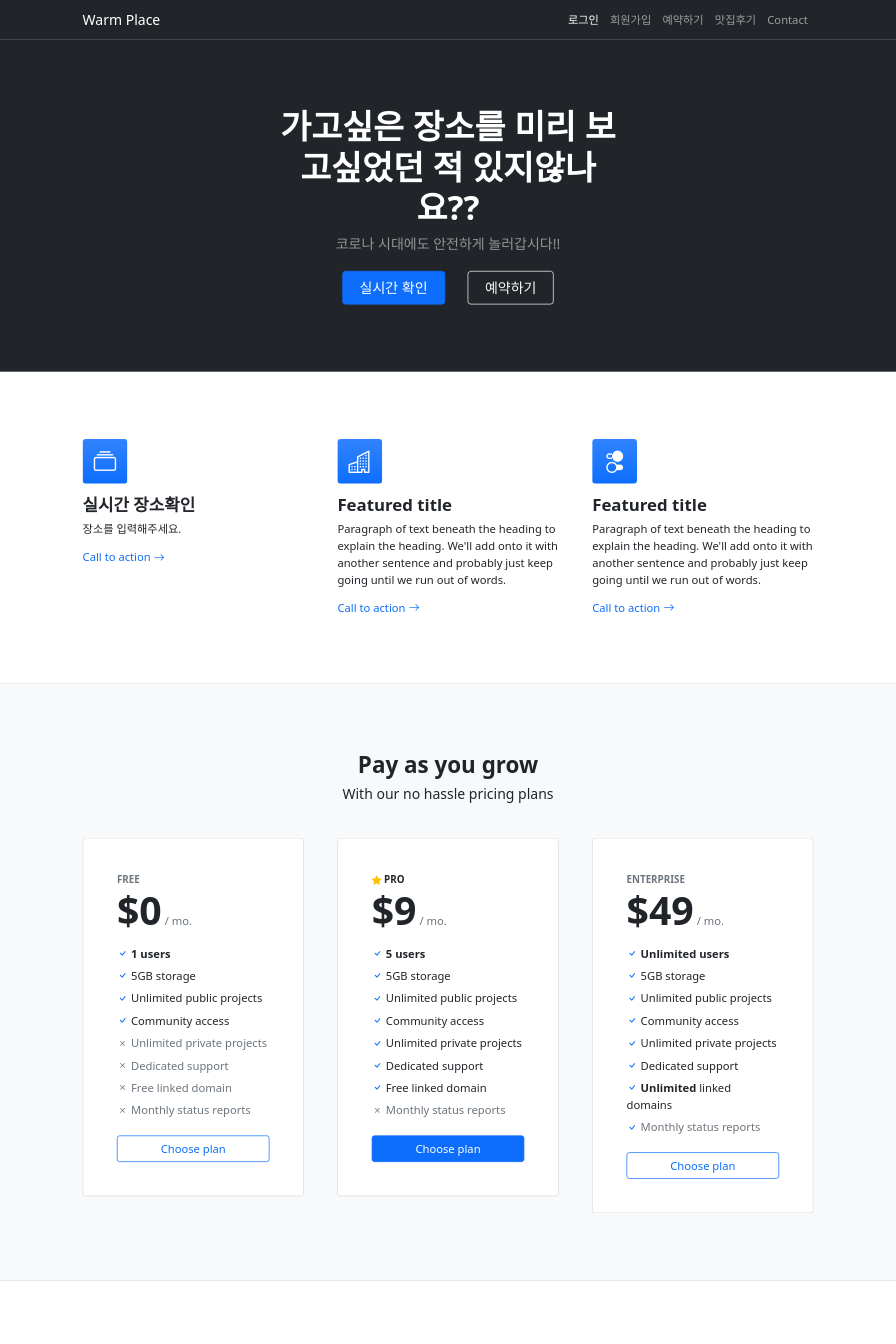
Repository: jaunnnngs/HackaTone
Page: http://localhost/StunProjects/St_Join/main.jsp
These files come from the project's save history. The page is drawn as it stood at one moment and after the next save; the edit follows.
The browser window is 1280 px wide. The pictures show the part of the page from y = 0 to 1920 px (the page is 3452 px tall), at 70% of full size.
Some web libraries are served in a nearby version. The page is served by Tomcat 9. Other server files are loaded and not shown.

Above is the page before, as saved 2021-07-25 07:42:43.

### STUN_TEAM/StunProjects/src/main/webapp/St_Join/main.jsp
<%@ page language="java" contentType="text/html; charset=UTF-8"
pageEncoding="UTF-8"%>
<!DOCTYPE html>
<html>
    <head>
        <meta charset="utf-8" />
        <meta name="viewport" content="width=device-width, initial-scale=1, shrink-to-fit=no" />
        <meta name="description" content="" />
        <meta name="author" content="" />
        <title>Warm Place_main</title>
        <!-- Favicon-->
        <link rel="icon" type="image/x-icon" href="assets/favicon.ico" />
        <!-- Bootstrap icons-->
        <link href="https://cdn.jsdelivr.net/npm/bootstrap-icons@1.4.1/font/bootstrap-icons.css" rel="stylesheet" />
        <!-- Core theme CSS (includes Bootstrap)-->
        <link href="css/styles.css" rel="stylesheet" />
    </head>
    <body>
        <!-- Responsive navbar-->
        <nav class="navbar navbar-expand-lg navbar-dark bg-dark">
            <div class="container px-5">
                <a class="navbar-brand" href="../St_Join/main.jsp">Warm Place</a>
                <button class="navbar-toggler" type="button" data-bs-toggle="collapse" data-bs-target="#navbarSupportedContent" aria-controls="navbarSupportedContent" aria-expanded="false" aria-label="Toggle navigation"><span class="navbar-toggler-icon"></span></button>
                <div class="collapse navbar-collapse" id="navbarSupportedContent">
                    <ul class="navbar-nav ms-auto mb-2 mb-lg-0">
                        <li class="nav-item"><a class="nav-link active" aria-current="page" href="../St_board/login.jsp">로그인</a></li>
                        <li class="nav-item"><a class="nav-link" href="../St_Join/st_userJoin.jsp">회원가입</a></li>
                        <li class="nav-item"><a class="nav-link" href="../St_Reservation/map.jsp">예약하기</a></li>
                        <li class="nav-item"><a class="nav-link" href="../St_board/bbs.jsp">맛집후기</a></li>
                        <li class="nav-item"><a class="nav-link" href="#!">Contact</a></li>
                    </ul>
                </div>
            </div>
        </nav>
        <!-- Header-->
        <header class="bg-dark py-5">
            <div class="container px-5">
                <div class="row gx-5 justify-content-center">
                    <div class="col-lg-6">
                        <div class="text-center my-5">
                            <h1 class="display-5 fw-bolder text-white mb-2">가고싶은 장소를 미리 보고싶었던 적 있지않나요??</h1>
                            <p class="lead text-white-50 mb-4">코로나 시대에도 안전하게 놀러갑시다!!</p>
                            <div class="d-grid gap-3 d-sm-flex justify-content-sm-center">
                                <a class="btn btn-primary btn-lg px-4 me-sm-3" href="#features">실시간 확인</a>
                                <a class="btn btn-outline-light btn-lg px-4" href="../St_Reservation/map.jsp">예약하기</a>
                            </div>
                        </div>
                    </div>
                </div>
            </div>
        </header>
        <!-- Features section-->
        <section class="py-5 border-bottom" id="features">
            <div class="container px-5 my-5">
                <div class="row gx-5">
                    <div class="col-lg-4 mb-5 mb-lg-0">
                        <div class="feature bg-primary bg-gradient text-white rounded-3 mb-3"><i class="bi bi-collection"></i></div>
                        <h2 class="h4 fw-bolder">실시간 장소확인</h2>
                        <p>장소를 입력해주세요.</p>
                        <a class="text-decoration-none" href="#!">
                            Call to action
                            <i class="bi bi-arrow-right"></i>
                        </a>
                    </div>
                    <div class="col-lg-4 mb-5 mb-lg-0">
                        <div class="feature bg-primary bg-gradient text-white rounded-3 mb-3"><i class="bi bi-building"></i></div>
                        <h2 class="h4 fw-bolder">Featured title</h2>
                        <p>Paragraph of text beneath the heading to explain the heading. We'll add onto it with another sentence and probably just keep going until we run out of words.</p>
                        <a class="text-decoration-none" href="#!">
                            Call to action
                            <i class="bi bi-arrow-right"></i>
                        </a>
                    </div>
                    <div class="col-lg-4">
                        <div class="feature bg-primary bg-gradient text-white rounded-3 mb-3"><i class="bi bi-toggles2"></i></div>
                        <h2 class="h4 fw-bolder">Featured title</h2>
                        <p>Paragraph of text beneath the heading to explain the heading. We'll add onto it with another sentence and probably just keep going until we run out of words.</p>
                        <a class="text-decoration-none" href="#!">
                            Call to action
                            <i class="bi bi-arrow-right"></i>
                        </a>
                    </div>
                </div>
            </div>
        </section>
        <!-- Pricing section-->
        <section class="bg-light py-5 border-bottom">
            <div class="container px-5 my-5">
                <div class="text-center mb-5">
                    <h2 class="fw-bolder">Pay as you grow</h2>
                    <p class="lead mb-0">With our no hassle pricing plans</p>
                </div>
                <div class="row gx-5 justify-content-center">
                    <!-- Pricing card free-->
                    <div class="col-lg-6 col-xl-4">
                        <div class="card mb-5 mb-xl-0">
                            <div class="card-body p-5">
                                <div class="small text-uppercase fw-bold text-muted">Free</div>
                                <div class="mb-3">
                                    <span class="display-4 fw-bold">$0</span>
                                    <span class="text-muted">/ mo.</span>
                                </div>
                                <ul class="list-unstyled mb-4">
                                    <li class="mb-2">
                                        <i class="bi bi-check text-primary"></i>
                                        <strong>1 users</strong>
                                    </li>
                                    <li class="mb-2">
                                        <i class="bi bi-check text-primary"></i>
                                        5GB storage
                                    </li>
                                    <li class="mb-2">
                                        <i class="bi bi-check text-primary"></i>
                                        Unlimited public projects
                                    </li>
                                    <li class="mb-2">
                                        <i class="bi bi-check text-primary"></i>
                                        Community access
                                    </li>
                                    <li class="mb-2 text-muted">
                                        <i class="bi bi-x"></i>
                                        Unlimited private projects
                                    </li>
                                    <li class="mb-2 text-muted">
                                        <i class="bi bi-x"></i>
                                        Dedicated support
                                    </li>
                                    <li class="mb-2 text-muted">
                                        <i class="bi bi-x"></i>
                                        Free linked domain
                                    </li>
                                    <li class="text-muted">
                                        <i class="bi bi-x"></i>
                                        Monthly status reports
                                    </li>
                                </ul>
                                <div class="d-grid"><a class="btn btn-outline-primary" href="#!">Choose plan</a></div>
                            </div>
                        </div>
                    </div>
                    <!-- Pricing card pro-->
                    <div class="col-lg-6 col-xl-4">
                        <div class="card mb-5 mb-xl-0">
                            <div class="card-body p-5">
                                <div class="small text-uppercase fw-bold">
                                    <i class="bi bi-star-fill text-warning"></i>
                                    Pro
                                </div>
                                <div class="mb-3">
                                    <span class="display-4 fw-bold">$9</span>
                                    <span class="text-muted">/ mo.</span>
                                </div>
                                <ul class="list-unstyled mb-4">
                                    <li class="mb-2">
                                        <i class="bi bi-check text-primary"></i>
                                        <strong>5 users</strong>
                                    </li>
                                    <li class="mb-2">
                                        <i class="bi bi-check text-primary"></i>
                                        5GB storage
                                    </li>
                                    <li class="mb-2">
                                        <i class="bi bi-check text-primary"></i>
                                        Unlimited public projects
                                    </li>
                                    <li class="mb-2">
                                        <i class="bi bi-check text-primary"></i>
                                        Community access
                                    </li>
                                    <li class="mb-2">
                                        <i class="bi bi-check text-primary"></i>
                                        Unlimited private projects
                                    </li>
                                    <li class="mb-2">
                                        <i class="bi bi-check text-primary"></i>
                                        Dedicated support
                                    </li>
                                    <li class="mb-2">
                                        <i class="bi bi-check text-primary"></i>
                                        Free linked domain
                                    </li>
                                    <li class="text-muted">
                                        <i class="bi bi-x"></i>
                                        Monthly status reports
                                    </li>
                                </ul>
                                <div class="d-grid"><a class="btn btn-primary" href="#!">Choose plan</a></div>
                            </div>
                        </div>
                    </div>
                    <!-- Pricing card enterprise-->
                    <div class="col-lg-6 col-xl-4">
                        <div class="card">
                            <div class="card-body p-5">
                                <div class="small text-uppercase fw-bold text-muted">Enterprise</div>
                                <div class="mb-3">
                                    <span class="display-4 fw-bold">$49</span>
                                    <span class="text-muted">/ mo.</span>
                                </div>
                                <ul class="list-unstyled mb-4">
                                    <li class="mb-2">
                                        <i class="bi bi-check text-primary"></i>
                                        <strong>Unlimited users</strong>
                                    </li>
                                    <li class="mb-2">
                                        <i class="bi bi-check text-primary"></i>
                                        5GB storage
                                    </li>
                                    <li class="mb-2">
                                        <i class="bi bi-check text-primary"></i>
                                        Unlimited public projects
                                    </li>
                                    <li class="mb-2">
                                        <i class="bi bi-check text-primary"></i>
                                        Community access
                                    </li>
                                    <li class="mb-2">
                                        <i class="bi bi-check text-primary"></i>
                                        Unlimited private projects
                                    </li>
                                    <li class="mb-2">
                                        <i class="bi bi-check text-primary"></i>
                                        Dedicated support
                                    </li>
                                    <li class="mb-2">
                                        <i class="bi bi-check text-primary"></i>
                                        <strong>Unlimited</strong>
                                        linked domains
                                    </li>
                                    <li class="text-muted">
                                        <i class="bi bi-check text-primary"></i>
                                        Monthly status reports
                                    </li>
                                </ul>
                                <div class="d-grid"><a class="btn btn-outline-primary" href="#!">Choose plan</a></div>
                            </div>
                        </div>
                    </div>
                </div>
            </div>
        </section>
        <!-- Testimonials section-->
        <section class="py-5 border-bottom">
            <div class="container px-5 my-5 px-5">
                <div class="text-center mb-5">
                    <h2 class="fw-bolder">Customer testimonials</h2>
                    <p class="lead mb-0">Our customers love working with us</p>
                </div>
                <div class="row gx-5 justify-content-center">
                    <div class="col-lg-6">
                        <!-- Testimonial 1-->
                        <div class="card mb-4">
                            <div class="card-body p-4">
                                <div class="d-flex">
                                    <div class="flex-shrink-0"><i class="bi bi-chat-right-quote-fill text-primary fs-1"></i></div>
                                    <div class="ms-4">
                                        <p class="mb-1">Thank you for putting together such a great product. We loved working with you and the whole team, and we will be recommending you to others!</p>
                                        <div class="small text-muted">- Client Name, Location</div>
                                    </div>
                                </div>
                            </div>
                        </div>
                        <!-- Testimonial 2-->
                        <div class="card">
                            <div class="card-body p-4">
                                <div class="d-flex">
                                    <div class="flex-shrink-0"><i class="bi bi-chat-right-quote-fill text-primary fs-1"></i></div>
                                    <div class="ms-4">
                                        <p class="mb-1">The whole team was a huge help with putting things together for our company and brand. We will be hiring them again in the near future for additional work!</p>
                                        <div class="small text-muted">- Client Name, Location</div>
                                    </div>
                                </div>
                            </div>
                        </div>
                    </div>
                </div>
            </div>
        </section>
        <!-- Contact section-->
        <section class="bg-light py-5">
            <div class="container px-5 my-5 px-5">
                <div class="text-center mb-5">
                    <div class="feature bg-primary bg-gradient text-white rounded-3 mb-3"><i class="bi bi-envelope"></i></div>
                    <h2 class="fw-bolder">Get in touch</h2>
                    <p class="lead mb-0">We'd love to hear from you</p>
                </div>
                <div class="row gx-5 justify-content-center">
                    <div class="col-lg-6">
                        <!-- * * * * * * * * * * * * * * *-->
                        <!-- * * SB Forms Contact Form * *-->
                        <!-- * * * * * * * * * * * * * * *-->
                        <!-- This form is pre-integrated with SB Forms.-->
                        <!-- To make this form functional, sign up at-->
                        <!-- https://startbootstrap.com/solution/contact-forms-->
                        <!-- to get an API token!-->
                        <form id="contactForm" data-sb-form-api-token="API_TOKEN">
                            <!-- Name input-->
                            <div class="form-floating mb-3">
                                <input class="form-control" id="name" type="text" placeholder="Enter your name..." data-sb-validations="required" />
                                <label for="name">Full name</label>
                                <div class="invalid-feedback" data-sb-feedback="name:required">A name is required.</div>
                            </div>
                            <!-- Email address input-->
                            <div class="form-floating mb-3">
                                <input class="form-control" id="email" type="email" placeholder="name@example.com" data-sb-validations="required,email" />
                                <label for="email">Email address</label>
                                <div class="invalid-feedback" data-sb-feedback="email:required">An email is required.</div>
                                <div class="invalid-feedback" data-sb-feedback="email:email">Email is not valid.</div>
                            </div>
                            <!-- Phone number input-->
                            <div class="form-floating mb-3">
                                <input class="form-control" id="phone" type="tel" placeholder="(123) 456-7890" data-sb-validations="required" />
                                <label for="phone">Phone number</label>
                                <div class="invalid-feedback" data-sb-feedback="phone:required">A phone number is required.</div>
                            </div>
                            <!-- Message input-->
                            <div class="form-floating mb-3">
                                <textarea class="form-control" id="message" type="text" placeholder="Enter your message here..." style="height: 10rem" data-sb-validations="required"></textarea>
                                <label for="message">Message</label>
                                <div class="invalid-feedback" data-sb-feedback="message:required">A message is required.</div>
                            </div>
                            <!-- Submit success message-->
                            <!---->
                            <!-- This is what your users will see when the form-->
                            <!-- has successfully submitted-->
                            <div class="d-none" id="submitSuccessMessage">
                                <div class="text-center mb-3">
                                    <div class="fw-bolder">Form submission successful!</div>
                                    To activate this form, sign up at
                                    <br />
                                    <a href="https://startbootstrap.com/solution/contact-forms">https://startbootstrap.com/solution/contact-forms</a>
                                </div>
                            </div>
                            <!-- Submit error message-->
                            <!---->
                            <!-- This is what your users will see when there is-->
                            <!-- an error submitting the form-->
                            <div class="d-none" id="submitErrorMessage"><div class="text-center text-danger mb-3">Error sending message!</div></div>
                            <!-- Submit Button-->
                            <div class="d-grid"><button class="btn btn-primary btn-lg disabled" id="submitButton" type="submit">Submit</button></div>
                        </form>
                    </div>
                </div>
            </div>
        </section>
        <!-- Footer-->
        <footer class="py-5 bg-dark">
            <div class="container px-5"><p class="m-0 text-center text-white">Copyright &copy; Your Website 2021</p></div>
        </footer>
        <!-- Bootstrap core JS-->
        <script src="https://cdn.jsdelivr.net/npm/bootstrap@5.0.2/dist/js/bootstrap.bundle.min.js"></script>
        <!-- Core theme JS-->
        <script src="js/scripts.js"></script>
        <!-- * * * * * * * * * * * * * * * * * * * * * * * * * * * * * * * * * * * * * * * *-->
        <!-- * *                               SB Forms JS                               * *-->
        <!-- * * Activate your form at https://startbootstrap.com/solution/contact-forms * *-->
        <!-- * * * * * * * * * * * * * * * * * * * * * * * * * * * * * * * * * * * * * * * *-->
        <script src="https://cdn.startbootstrap.com/sb-forms-latest.js"></script>
    </body>
</html>

### STUN_TEAM/StunProjects/src/main/webapp/St_Join/js/scripts.js
/*!
* Start Bootstrap - Business Frontpage v5.0.3 (https://startbootstrap.com/template/business-frontpage)
* Copyright 2013-2021 Start Bootstrap
* Licensed under MIT (https://github.com/StartBootstrap/startbootstrap-business-frontpage/blob/master/LICENSE)
*/
// This file is intentionally blank
// Use this file to add JavaScript to your project

Loaded but not shown: STUN_TEAM/StunProjects/src/main/webapp/St_Join/css/styles.css (library)

After the next save:
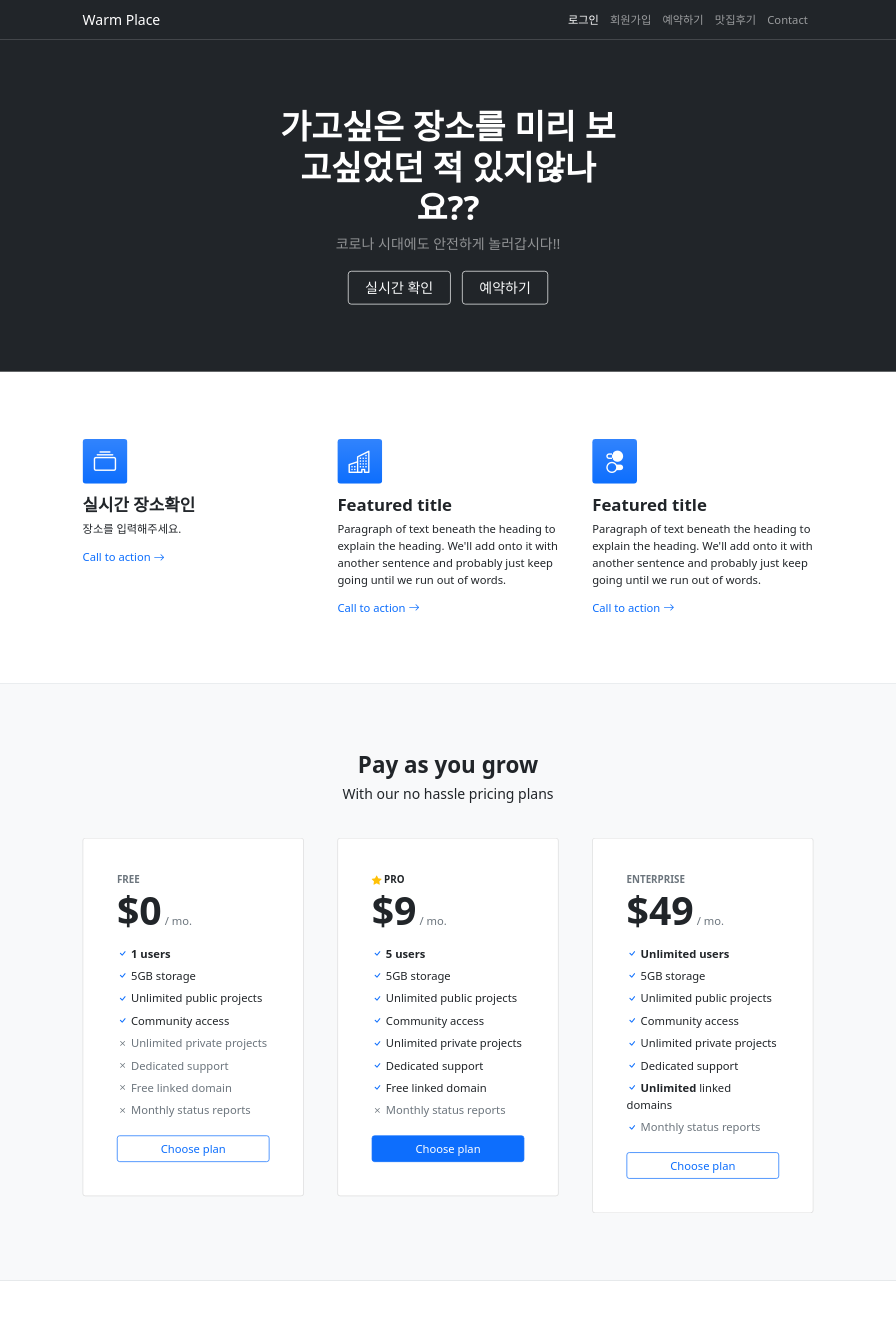
Saved 2 min 3 s later.
--- a/STUN_TEAM/StunProjects/src/main/webapp/St_Join/main.jsp
+++ b/STUN_TEAM/StunProjects/src/main/webapp/St_Join/main.jsp
@@ -41,7 +41,7 @@ pageEncoding="UTF-8"%>
                             <h1 class="display-5 fw-bolder text-white mb-2">가고싶은 장소를 미리 보고싶었던 적 있지않나요??</h1>
                             <p class="lead text-white-50 mb-4">코로나 시대에도 안전하게 놀러갑시다!!</p>
                             <div class="d-grid gap-3 d-sm-flex justify-content-sm-center">
-                                <a class="btn btn-primary btn-lg px-4 me-sm-3" href="#features">실시간 확인</a>
+                                <a class="btn btn-outline-light btn-lg px-4" href="#features">실시간 확인</a>
                                 <a class="btn btn-outline-light btn-lg px-4" href="../St_Reservation/map.jsp">예약하기</a>
                             </div>
                         </div>
